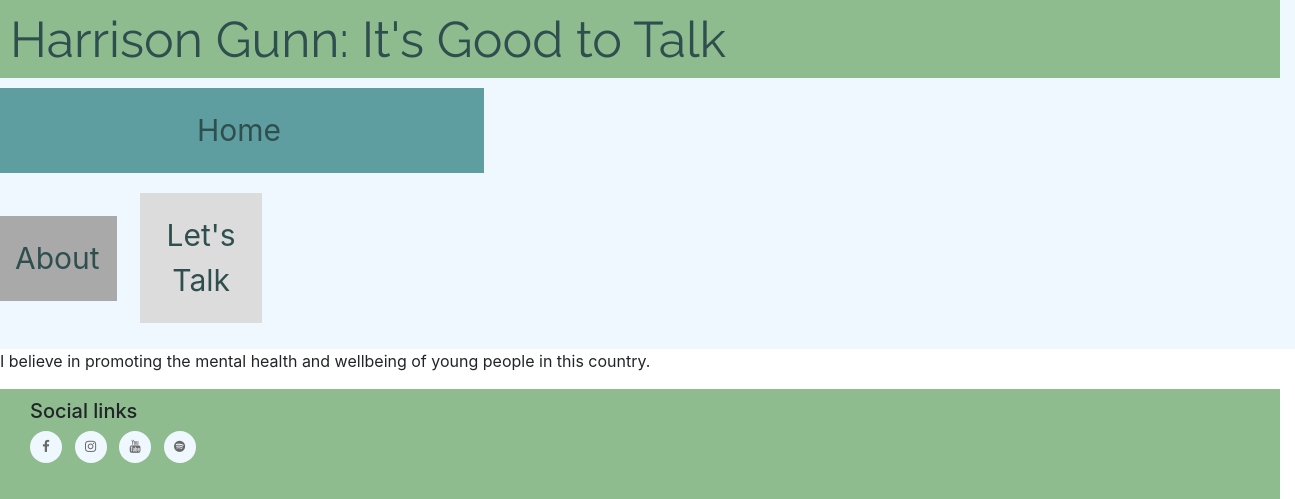
Repository: Leannald13/mile-stone-project-html
Page: index.html
The author's editor kept a record of every edit. The page is drawn from the files as they stood at one moment, then again after the next edit.
The browser window is 1280 px wide. The page is 1295 px wide, so the pictures cover 1295 px, including what lies to the right of the window. The pictures show the part of the page from y = 500 to 1104 px (the page is 999 px tall before and 1104 px after).

Above is the page before.

### index.html
<!DOCTYPE html>
<html lang="en">

<head>
    <meta charset="UTF-8">
    <meta name="viewport" content="width=device-width, initial-scale=1.0">
    <meta http-equiv="X-UA-Compatible" content="ie=edge">
    <link rel="stylesheet" href="https://stackpath.bootstrapcdn.com/bootstrap/4.3.1/css/bootstrap.min.css" type="text/css" />
    <link rel="stylesheet" href="https://cdnjs.cloudflare.com/ajax/libs/hover.css/2.3.1/css/hover-min.css" type="text/css" />
    <link rel="stylesheet" href="https://stackpath.bootstrapcdn.com/font-awesome/4.7.0/css/font-awesome.min.css" type="text/css" />
    <link rel="stylesheet" href="assets/css/style.css" type="text/css" />
    <title>Harrison</title>
</head>

<body>
    <header>
        <div class="row">
            <a href="index.html" class="col-md-12 logo">

            </a>
        </div>
        <div class="row">
            <div class="col-sm-12">
                <div class="row no-gutters bg-color-name">
                    <div class="col heading">
                        <h1 class="name">Harrison Gunn: It's Good to Talk</h1>
                    </div>
                </div>
            </div>

            <div class="row">
                <div class="col">
                    <ul id="nav" class="list-inline menucontainer">
                        <li class="col col-sm-12 ui-menu-color-home list-inline-item menuitem">
                            <a href="index.html" class="hvr-wobble-horizontal"><span>Home</span></a>
                        </li>
                        <li class="col col-sm-3 ui-menu-color-general list-inline-item menuitem">
                            <a href="general.html" class="hvr-wobble-horizontal"><span>About</span></a>
                        </li>
                        <li class="col col-sm-3 ui-menu-color-contact list-inline-item menuitem">
                            <a href="contact.html" class="hvr-wobble-horizontal"><span>Let's Talk</span></a>
                        </li>
                    </ul>
                </div>
            </div>



    </header>
    <section>
        <p>I believe in promoting the mental health and wellbeing of young people in this country.</p>

    </section>
    <footer>
        <div class="container-fluid">
            <div class="col sm-12">
                <h5 class="general-sub">Social links</h5>
                <ul class="list-inline social-links">
                    <li class="list-inline-item">
                        <a target="_blank" href="https://www.facebook.com/harrison.gunn.16">
                           <i class="fa fa-facebook" aria-hidden="true"></i>
                           <span class="sr-only">Facebook</span>
                        </a>
                    </li>
                    <li class="list-inline-item">
                        <a target="_blank" href="https://www.instagram.com/harrisongunn_/">
                           <i class="fa fa-instagram" aria-hidden="true"></i>
                           <span class="sr-only">Instagram</span>
                        </a>
                    </li>
                    <li class="list-inline-item">
                        <a target="_blank" href="https://www.youtube.com/channel/UCEPhcVc_ooMeZwhF5X4OEYg">
                           <i class="fa fa-youtube" aria-hidden="true"></i>
                           <span class="sr-only">YouTube</span>
                           </a>
                    </li>
                    <li class="list-inline-item">
                        <a target="_blank" href="spotify:show:1azq4fgMCEafJTPjsGm6tL">
                           <i class="fa fa-spotify" aria-hidden="true"></i>
                           <span class="sr-only">Spotify</span>
                           </a>
                    </li>
            </div>
        </div>
    </footer>
</body>

</html>

### assets/css/style.css
@import url('https://fonts.googleapis.com/css?family=Raleway&display=swap');


/* -------------------------------------------------------------Heading */

.logo {
    background: url("../images/haribo.jpg");
    background-position: center;
    background-repeat: no-repeat;
    background-size: cover;
    width: 100%;
    height: 500px;
    transition: all .5s;
    display: block;
}

.heading {
    background-color: #8fbc8f;
    width: 100%;
    padding-top: 10px;
}




.bg-color-name {
    font-family: "Raleway", sans-serif;
    color: #2f4f4f;
    text-align: left;
    font-weight: 100;
    width: 100%;

}

.name {
    font-size: 50px;
    padding-left: 10px;
}

/* -------------------------------------------------------------Menu items within heading */

.menuitem,
.menuitem a,
.menuitem a i {
    font-size: 30px;
    color: #2f4f4f;
    margin: 10px;
    padding: 5px;
    text-align: center;
}

.menuitem span {
  width: 100%;
  text-align: center;
  font-weight: 400;
}



.ui-menu-color-home {
    padding-left: 5px;
    background-color: #5F9EA0;
}

.ui-menu-color-general {
    background-color: #A9A9A9;
    padding: 5px;
}

.ui-menu-color-contact {
    background-color: #DCDCDC;
    padding: 5px;
}

.text-center {
    width: 100%;
}


/* -------------------------------------------------------------Section */

.row {
    background-color: #F0F8FF;

}

/* -------------------------------------------------------------Section General.html */

.wrapper {
    display: inline;
    width: 100%;
    margin: auto;

}

/* -------------------------------------------------------------Footer */

footer {
    background-color: #8fbc8f;
    padding-bottom: 20px;

}

.social-links li a i {
    width: 32px;
    height: 32px;
    padding-top: 12px;
    border-radius: 50%;
    font-size: 13px;
    line-height: 7px;
    text-align: center;
    color: #696969;
    background: #f0f8ff;
    background-position: center;
    transition: all 0.35s ease-in-out;
}

.general-sub {
    padding-top: 10px;
}

After the next edit:
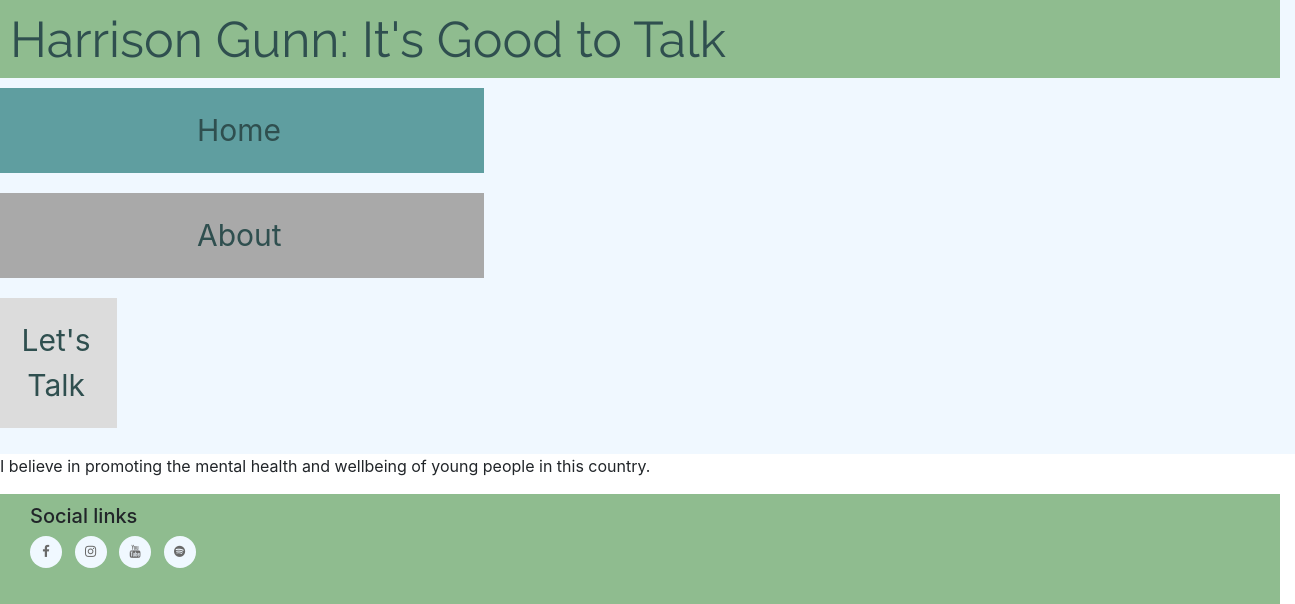
The edit:
--- a/index.html
+++ b/index.html
@@ -34,7 +34,7 @@
                         <li class="col col-sm-12 ui-menu-color-home list-inline-item menuitem">
                             <a href="index.html" class="hvr-wobble-horizontal"><span>Home</span></a>
                         </li>
-                        <li class="col col-sm-3 ui-menu-color-general list-inline-item menuitem">
+                        <li class="col col-sm-12 ui-menu-color-general list-inline-item menuitem">
                             <a href="general.html" class="hvr-wobble-horizontal"><span>About</span></a>
                         </li>
                         <li class="col col-sm-3 ui-menu-color-contact list-inline-item menuitem">
